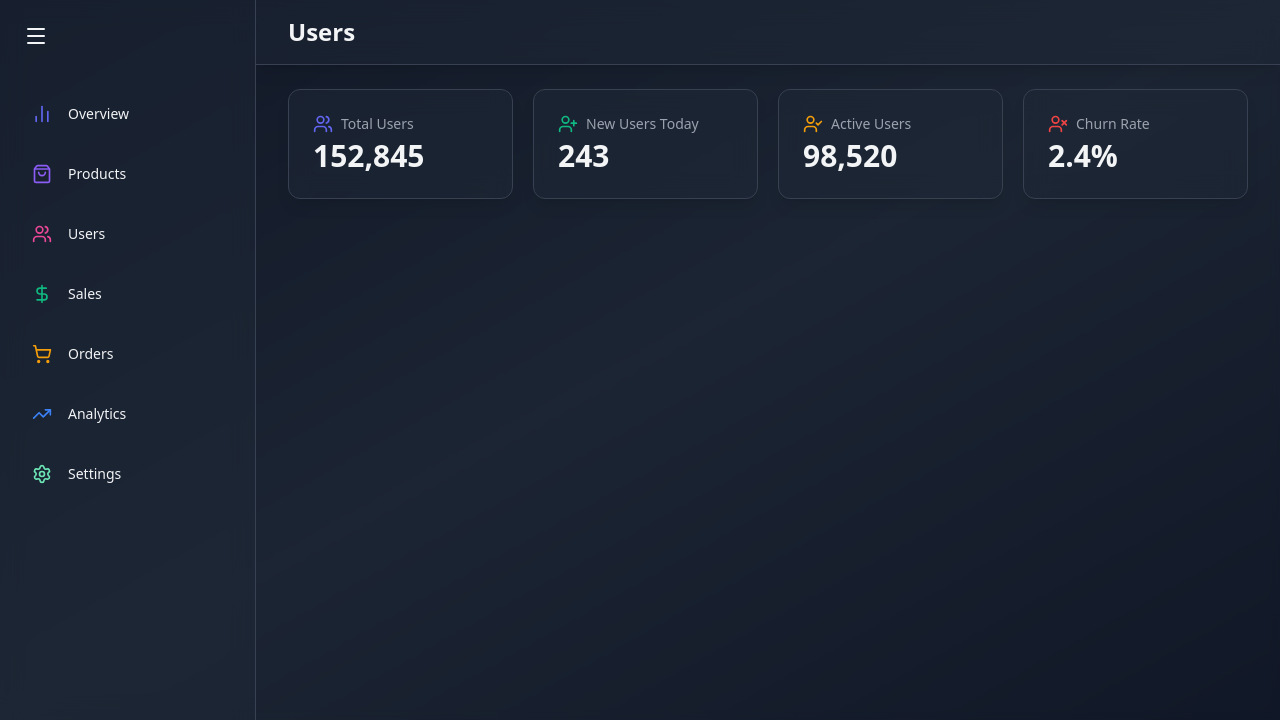
Repository: Abdirabi11/React-dashboard
Page: /users
An editor plug-in stored every save of this project. The page is shown before and after the next save, followed by the edit.
The browser window is 1280 px wide. The pictures show the whole page.
The project was rebuilt for these pictures with package versions that can differ from the ones it lists, and the page was loaded fresh each time. Also part of the build but not shown: vite.config.js, src/components/overview/SalesOverviewChart.jsx, src/components/overview/CategoryDistributionChart.jsx, src/components/overview/SalesChannelChart.jsx, src/pages/OverviewPage.jsx, src/components/products/SalesTrendChart.jsx, src/components/products/ProductsTable.jsx, src/pages/ProductsPage.jsx and 4 more.

Above is the page before, as saved 2025-07-18 20:31:00.

### src/components/common/Sidebar.jsx
import { BarChart2, DollarSign, Menu, Settings, ShoppingBag, ShoppingCart, TrendingUp, Users } from "lucide-react";
import { useState } from "react";
import { AnimatePresence, motion } from "framer-motion";
import { Link } from "react-router-dom";

const SIDEBAR_ITEMS = [
	{
		name: "Overview",
		icon: BarChart2,
		color: "#6366f1",
		href: "/",
	},
	{ name: "Products", icon: ShoppingBag, color: "#8B5CF6", href: "/products" },
	{ name: "Users", icon: Users, color: "#EC4899", href: "/users" },
	{ name: "Sales", icon: DollarSign, color: "#10B981", href: "/sales" },
	{ name: "Orders", icon: ShoppingCart, color: "#F59E0B", href: "/orders" },
	{ name: "Analytics", icon: TrendingUp, color: "#3B82F6", href: "/analytics" },
	{ name: "Settings", icon: Settings, color: "#6EE7B7", href: "/settings" },
];

const Sidebar = () => {
	const [isSidebarOpen, setIsSidebarOpen] = useState(true);

	return (
		<motion.div
			className={`relative z-10 transition-all duration-300 ease-in-out flex-shrink-0 ${
				isSidebarOpen ? "w-64" : "w-20"
			}`}
			animate={{ width: isSidebarOpen ? 256 : 80 }}
		>
			<div className='h-full bg-gray-800 bg-opacity-50 backdrop-blur-md p-4 flex flex-col border-r border-gray-700'>
				<motion.button
					whileHover={{ scale: 1.1 }}
					whileTap={{ scale: 0.9 }}
					onClick={() => setIsSidebarOpen(!isSidebarOpen)}
					className='p-2 rounded-full hover:bg-gray-700 transition-colors max-w-fit'
				>
					<Menu size={24} />
				</motion.button>

				<nav className='mt-8 flex-grow'>
					{SIDEBAR_ITEMS.map((item) => (
						<Link key={item.href} to={item.href}>
							<motion.div className='flex items-center p-4 text-sm font-medium rounded-lg hover:bg-gray-700 transition-colors mb-2'>
								<item.icon size={20} style={{ color: item.color, minWidth: "20px" }} />
								<AnimatePresence>
									{isSidebarOpen && (
										<motion.span
											className='ml-4 whitespace-nowrap'
											initial={{ opacity: 0, width: 0 }}
											animate={{ opacity: 1, width: "auto" }}
											exit={{ opacity: 0, width: 0 }}
											transition={{ duration: 0.2, delay: 0.3 }}
										>
											{item.name}
										</motion.span>
									)}
								</AnimatePresence>
							</motion.div>
						</Link>
					))}
				</nav>
			</div>
		</motion.div>
	);
};
export default Sidebar;

### src/pages/UsersPage.jsx
import { motion } from "framer-motion";
import { UserCheck, UserPlus, UsersIcon, UserX } from "lucide-react";
import Header from "../components/common/Header";
import StatCard from "../components/common/StatCard";
import UserActivityHeatmap from "../components/users/UserActivityHeatmap";
import UserDemographicsChart from "../components/users/UserDemographicsChart";
import UserGrowthChart from "../components/users/UserGrowthChart";
import UsersTable from "../components/users/UsersTable";

const userStats = {
	totalUsers: 152845,
	newUsersToday: 243,
	activeUsers: 98520,
	churnRate: "2.4%",
};

const UsersPage = () => {
	return (
		<div className="flex-1 overflow-auto relative z-10">
			<Header title='Users'/>
			<main className="max-w-7xl mx-auto py-6 px-4 lg:px-8">
				<motion.div
				 className="grid grid-cols-1 gap-5 sm:grid-cols-2 lg:grid-cols-4 mb-8"
				 initial={{ opacity: 0, y: 20 }}
				 animate={{ opacity: 1, y: 0 }}
				 transition={{ duration: 1 }}
				>
					<StatCard
					 name='Total Users'
					 icon={UsersIcon}
					 value={userStats.totalUsers.toLocaleString()}
					 color='#6366F1'
					/>
					<StatCard name='New Users Today' icon={UserPlus} value={userStats.newUsersToday} color='#10B981' />
					<StatCard
						name='Active Users'
						icon={UserCheck}
						value={userStats.activeUsers.toLocaleString()}
						color='#F59E0B'
					/>
					<StatCard name='Churn Rate' icon={UserX} value={userStats.churnRate} color='#EF4444' />
				</motion.div>
				<UsersTable />
				<div className='grid grid-cols-1 lg:grid-cols-2 gap-6 mt-8'>
					<UserGrowthChart />
					<UserActivityHeatmap />
					<UserDemographicsChart />
				</div>
			</main>
		</div>
	);
};
export default UsersPage;

### src/components/users/UserActivityHeatmap.jsx
import { Bar, BarChart, CartesianGrid, Legend, ResponsiveContainer, Tooltip, XAxis, YAxis } from "recharts";
import { motion } from "framer-motion";

const userActivityData = [
	{ name: "Mon", "0-4": 20, "4-8": 40, "8-12": 60, "12-16": 80, "16-20": 100, "20-24": 30 },
	{ name: "Tue", "0-4": 30, "4-8": 50, "8-12": 70, "12-16": 90, "16-20": 110, "20-24": 40 },
	{ name: "Wed", "0-4": 40, "4-8": 60, "8-12": 80, "12-16": 100, "16-20": 120, "20-24": 50 },
	{ name: "Thu", "0-4": 50, "4-8": 70, "8-12": 90, "12-16": 110, "16-20": 130, "20-24": 60 },
	{ name: "Fri", "0-4": 60, "4-8": 80, "8-12": 100, "12-16": 120, "16-20": 140, "20-24": 70 },
	{ name: "Sat", "0-4": 70, "4-8": 90, "8-12": 110, "12-16": 130, "16-20": 150, "20-24": 80 },
	{ name: "Sun", "0-4": 80, "4-8": 100, "8-12": 120, "12-16": 140, "16-20": 160, "20-24": 90 },
];


const UserActivityHeatmap = () => {
  return (
    <motion.div>
        <h2></h2>
        <div>
            <ResponsiveContainer>

            </ResponsiveContainer>
        </div>
    </motion.div>
  )
}

export default UserActivityHeatmap

### src/components/users/UserDemographicsChart.jsx
import React from 'react'

const UserDemographicsChart = () => {
  return (
    <div>

    </div>
  )
}

export default UserDemographicsChart

### src/components/users/UserGrowthChart.jsx
import React from 'react'

const UserGrowthChart = () => {
  return (
    <div>

    </div>
  )
}

export default UserGrowthChart

### src/components/users/UsersTable.jsx
import React from 'react'

const UsersTable = () => {
  return (
    <div>

    </div>
  )
}

export default UsersTable

Loaded but not shown: index.html (common file); src/main.jsx (common file); src/App.jsx (common file); src/index.css (common file); src/components/common/Header.jsx (common file); src/components/common/StatCard.jsx (common file); tailwind.config.js (common file)

After the next save:
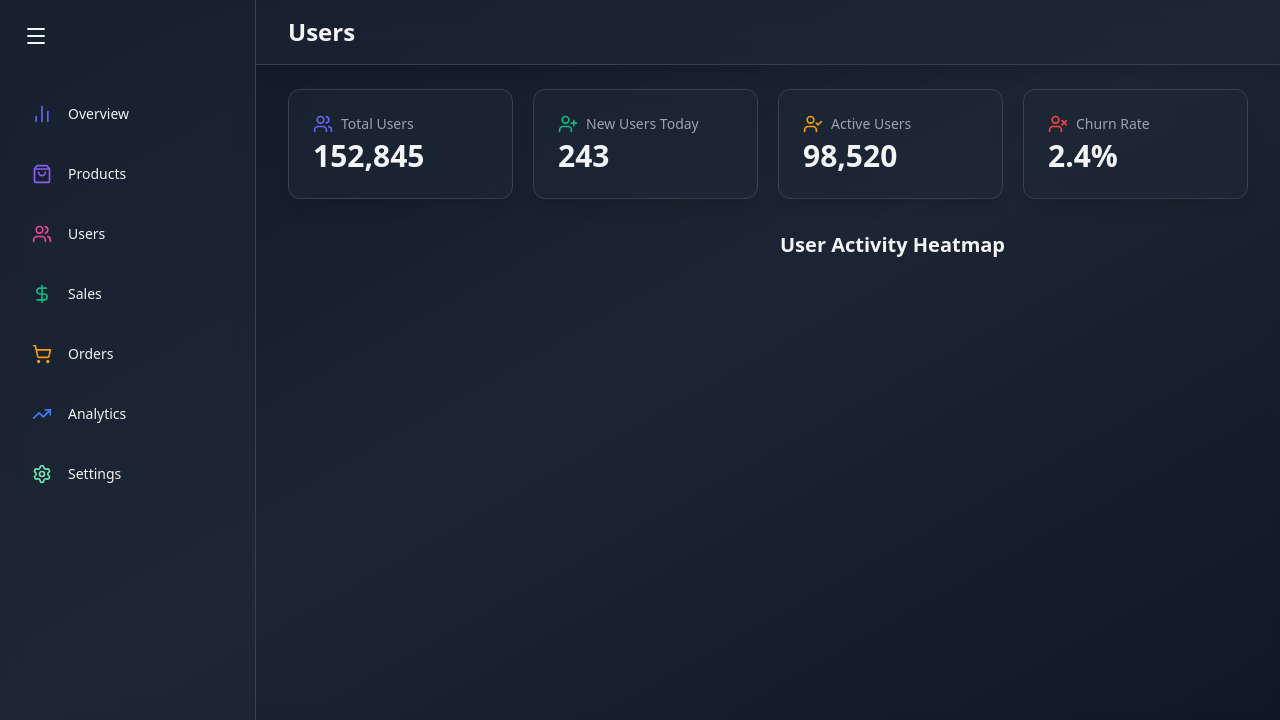
Saved 33 min 58 s later.
--- a/src/components/users/UserActivityHeatmap.jsx
+++ b/src/components/users/UserActivityHeatmap.jsx
@@ -15,7 +15,7 @@ const userActivityData = [
 const UserActivityHeatmap = () => {
   return (
     <motion.div>
-        <h2></h2>
+        <h2 className="text-xl font-semibold text-gray-100 mb-4'"> User Activity Heatmap </h2>
         <div>
             <ResponsiveContainer>
 
